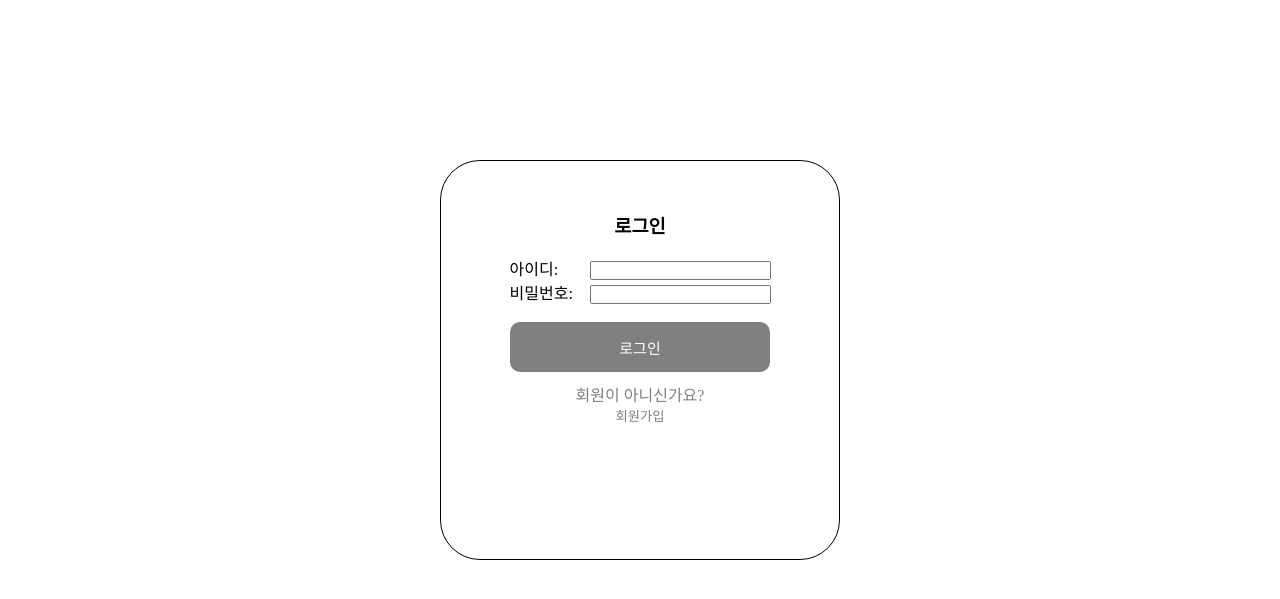
Repository: KGH1125/jsp_project
Page: http://localhost/jsp_project4/
The author's editor kept a copy of each file at every save. The page is drawn from the files as they stood at one save, then again after the next save.
The browser window is 1280 px wide. The pictures show the whole page.
The page is served by Tomcat 9.

Above is the page before, as saved 2023-05-31 03:03:12.

After the next save:
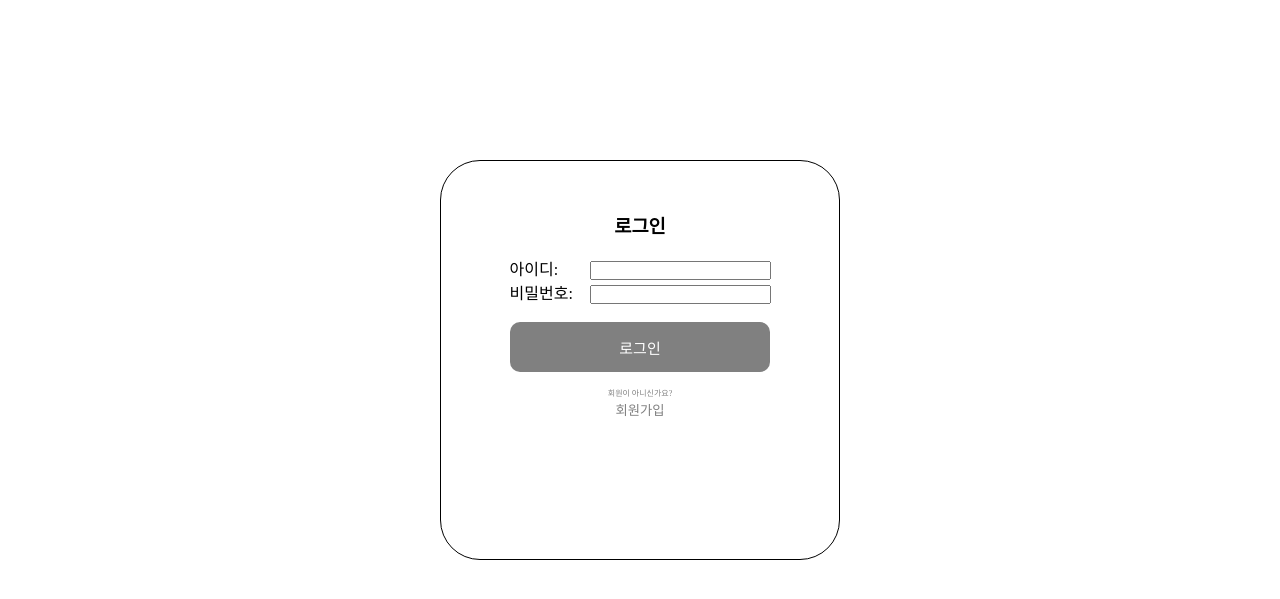
Saved 57 s later.
--- a/jsp_project4/jsp_project4/src/main/webapp/main.jsp
+++ b/jsp_project4/jsp_project4/src/main/webapp/main.jsp
@@ -60,6 +60,9 @@
 .joinbtn:hover {
 	cursor: pointer;
 }
+.stspan{
+font-size: 8px;
+}
 </style>
 
 </head>
@@ -73,16 +76,16 @@
 			<button class="loginbtn" type="submit">로그인</button>
 		</form>
 		<div class="subbox">
-			<span>회원이 아니신가요?</span><br> <a href="/member/join.jsp"><button
-					class="joinbtn">회원가입</button></a>
+			<span class="stspan">회원이 아니신가요?</span><br>
+			<a href="/member/join.jsp"><button class="joinbtn">회원가입</button></a>
 		</div>
 
 	</div>
-<script type="text/javascript">
+	<script type="text/javascript">
 		const idCheck = `<c:out value="${idCheck}" />`;
-		if (idCheck>0) {
+		if (idCheck > 0) {
 			alert("잘못된 비밀번호 입니다.");
-		}else if(idCheck<0){
+		} else if (idCheck < 0) {
 			alert("존재하지 않는 아이디입니다.");
 		}
 	</script>
